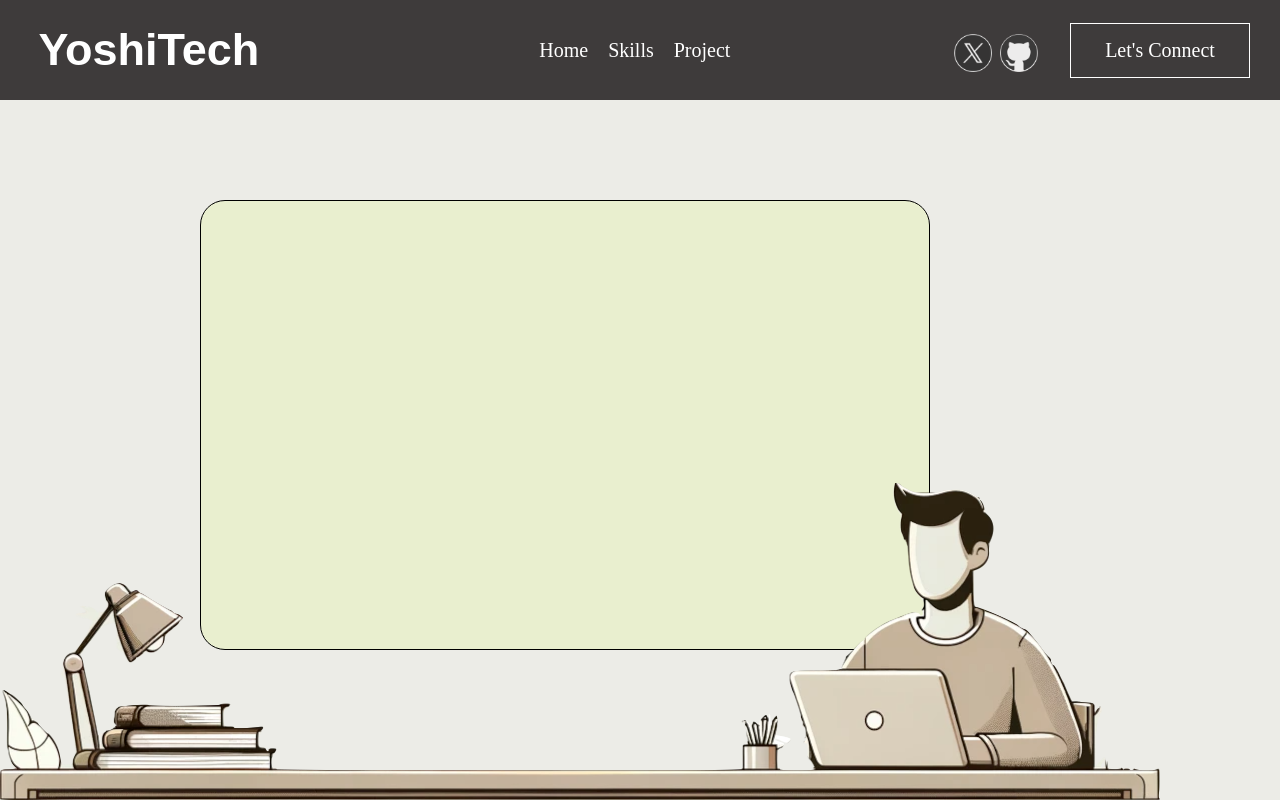
Repository: Yoshiki0418/My_Portfolio
Page: index.html
These files come from the project's save history. The page is drawn as it stood at one moment and after the next save; the edit follows.
The browser window is 1280 px wide. The pictures show the whole page.

Above is the page before, as saved 2024-01-05 21:00:47.

### index.html
<!DOCTYPE html>
<html lang="ja">
<head>
    <meta charset="UTF-8">
    <meta name="viewport" content="width=device-width, initial-scale=1.0">
    <title>Document</title>
    <link rel="stylesheet" type="text/css" href="style.css">
</head>
<body>
    <header>
        <h1 class="Logo">YoshiTech</h1>
        <div class="page_changer">
            <a class="changer_font">Home</a>
            <a class="changer_font">Skills</a>
            <a class="changer_font">Project</a>
        </div>
        <div class="sns_container">
            <a><img src="static/image/X.png" class="sns_pic"></a>
            <a><img src="static/image/GitHub.png" class="sns_pic"></a>
        </div>
        <div class="connect_container">
            <a class="connect_font">Let's Connect</a>
        </div>
    </header>
    <main>
        <section class="hero_section">
            <div class="monitor_container">
                <div class="circle_container">
                    <div class="circle"></div>
                    <div class="circle"></div>
                    <div class="circle"></div>
                </div>
            </div>
            <img class="background" src="static/image/1.jpeg">
        </section>
    </main>

</body>
</html>

### style.css
*{
    margin: 0;
    padding: 0;
    box-sizing: border-box; /* サイズ計算をより予測しやすくするためのプロパティ */
}

header {
	display: flex;					/*flexボックスを使う指定*/
	align-items: center;			/*垂直揃えの指定。天地中央に配置されるように。*/
    width: 100%;
    height: 100px;
	background-color: #3E3B3B;
    position: relative;
}

.Logo{
    margin-left: 3%;
    color: white;
    font-family: 'Comic Sans MS', 'Arial Rounded MT Bold', sans-serif;
    font-size: 45px;
}

.page_changer{
    display: flex;
	align-items: center;
    padding: 20px;
    margin-left: 250px;
    margin-right: 250px;
}

.changer_font{
    color: white;
    margin: 10px;
    font-size: 20px;
}

.connect_font{
    color: white;
    font-size: 20px;
}

.connect_container{
    position: absolute;
    right: 30px;
    width: 180px;
    height: 55px;
    border: 1px solid white;
    display: flex;
    align-items: center;
    justify-content: center;
}

.sns_pic{
    width: 38px;
    height: auto;
    margin: 2px;
}

.sns_container{
    margin-top: 10px;
    position: absolute;
    right: 240px;
}

.hero_section{
    background-color: #ECECE7;
    width: 100%;
    height: 700px;
    position: relative;
}

.monitor_container{
    background-color: #E9EFCF;
    width: 730px;
    height: 450px;
    margin-left: 200px;
    border: 1px solid rgb(0, 0, 0);
    position: absolute;
    top: 100px;
    border-radius: 25px;
}

.background{
    position: absolute;
    bottom: 0px;
}

After the next save:
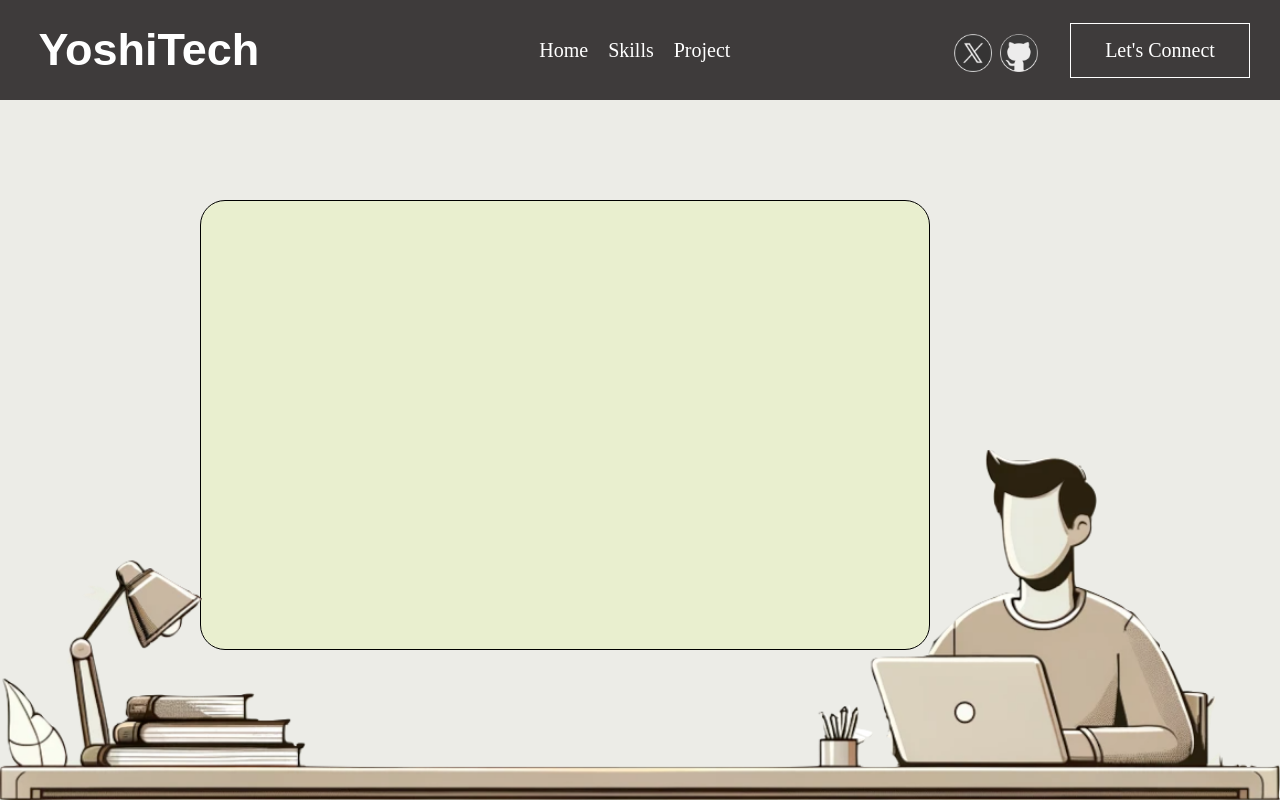
Saved 34 s later.
--- a/style.css
+++ b/style.css
@@ -83,4 +83,6 @@
 .background{
     position: absolute;
     bottom: 0px;
+    width: 100%;
+    height: auto;
 }
